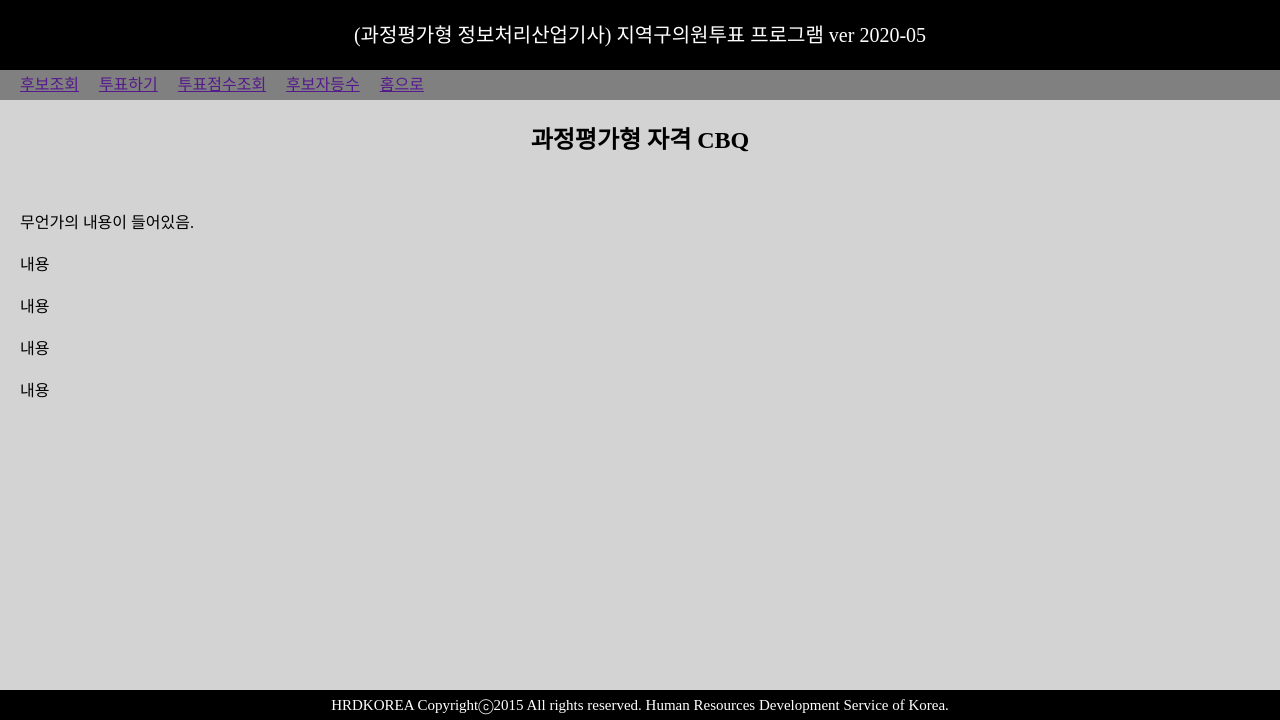
Repository: alsco727/JSP
Page: http://localhost/HRD_2207/
The author's editor kept a copy of each file at every save. The page is drawn from the files as they stood at one save, then again after the next save.
The browser window is 1280 px wide. The pictures show the whole page.
The page is served by Tomcat 9.

Above is the page before, as saved 2022-08-29 08:50:40.

After the next save:
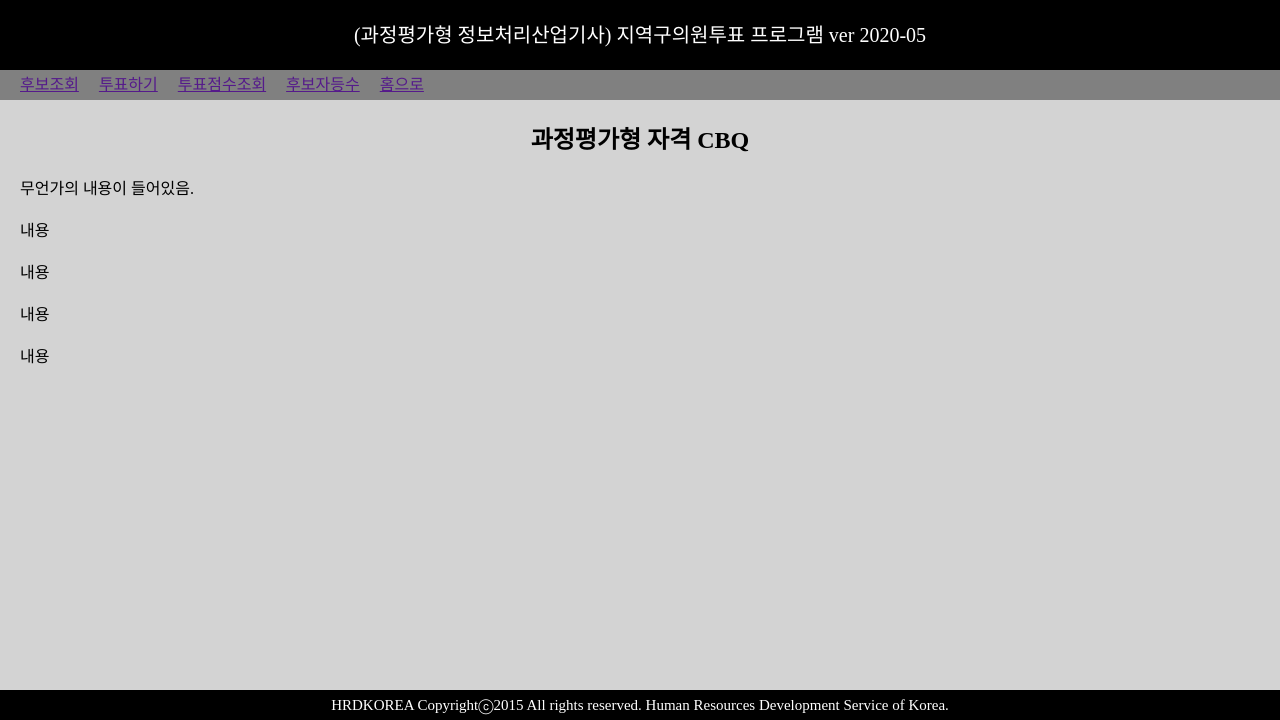
Saved 20 s later.
--- a/information_Processing/JSP과제4/HRD_2207/src/main/webapp/index.jsp
+++ b/information_Processing/JSP과제4/HRD_2207/src/main/webapp/index.jsp
@@ -10,7 +10,7 @@
 <jsp:include page="header.jsp"></jsp:include>
 
 <section style="position:fixed; top:100px; left:0px; width:100%; height:100%; background-color:lightgray">
-<h2 style="text-align:center"><b>과정평가형 자격 CBQ</b></h2><br>
+<h2 style="text-align:center"><b>과정평가형 자격 CBQ</b></h2>
 <p style="padding-left:20px;">
 무언가의 내용이 들어있음.<br><br>
 내용<br><br>
